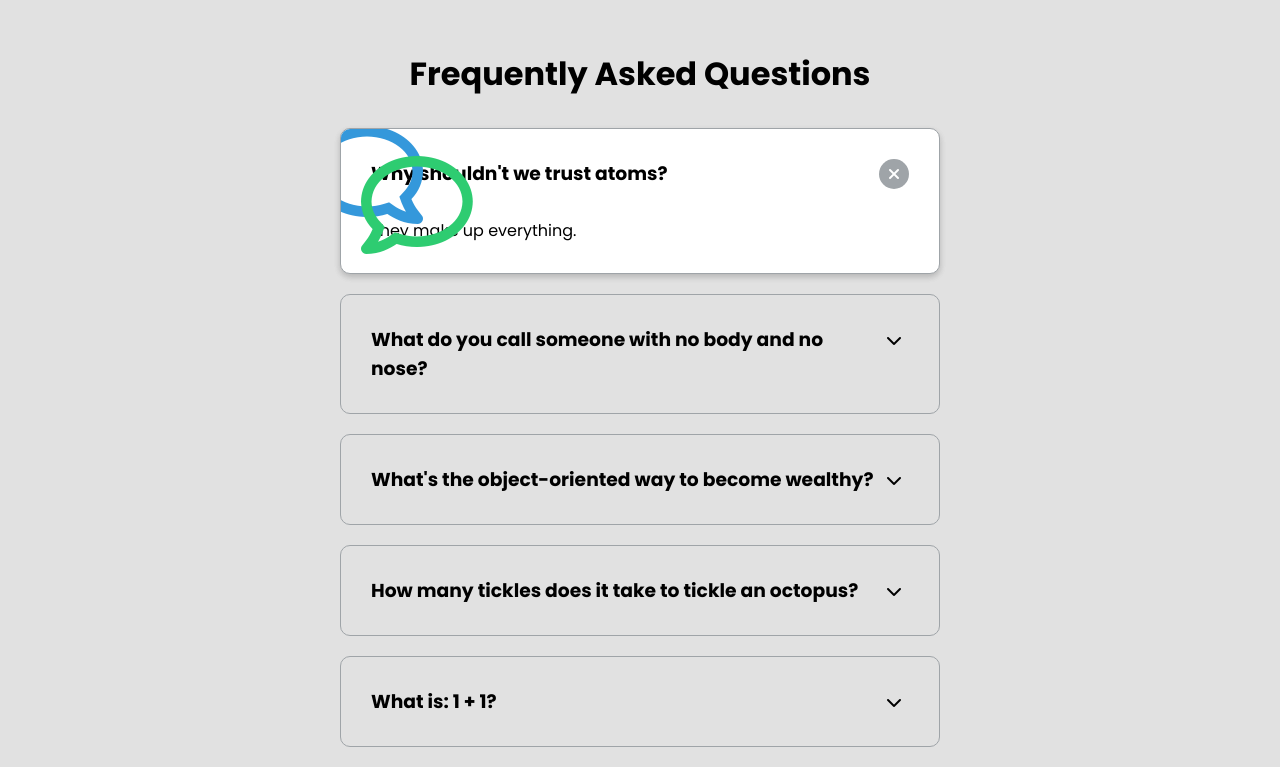
Repository: huynhvanngoan/50projectsin50days
Page: Day12/index.html
These files come from the project's save history. The page is drawn as it stood at one moment and after the next save; the edit follows.
The browser window is 1280 px wide. The pictures show the whole page.

Above is the page before, as saved 2022-11-14 23:27:19.

### Day12/index.html
<!DOCTYPE html>
<html lang="en">
<head>
    <meta charset="UTF-8">
    <meta http-equiv="X-UA-Compatible" content="IE=edge">
    <meta name="viewport" content="width=device-width, initial-scale=1.0">
    <title>Day 12 - FAQ Collapse</title>
    <link rel="stylesheet" href="https://cdnjs.cloudflare.com/ajax/libs/font-awesome/6.2.0/css/all.min.css"
        integrity="sha512-xh6O/CkQoPOWDdYTDqeRdPCVd1SpvCA9XXcUnZS2FmJNp1coAFzvtCN9BmamE+4aHK8yyUHUSCcJHgXloTyT2A=="
        crossorigin="anonymous" referrerpolicy="no-referrer" />
    <link rel="stylesheet" href="style.css">
</head>
<body>
    <h1>Frequently Asked Questions</h1>
    <div class="faq-container">
        <div class="faq active">
            <h3 class="faq-title">
                Why shouldn't we trust atoms?
            </h3>
            <p class="faq-text">
                They make up everything.
            </p>
            <button class = "faq-toggle">
                <i class="fas fa-chevron-down"></i>
                <i class="fas fa-times"></i>
            </button>
        </div>
        <div class="faq ">
            <h3 class="faq-title">
                What do you call someone with no body and no nose?
            </h3>
            <p class="faq-text">
                Nobody knows.
            </p>
            <button class = "faq-toggle">
                <i class="fas fa-chevron-down"></i>
                <i class="fas fa-times"></i>
            </button>
        </div>
        <div class="faq ">
            <h3 class="faq-title">
                What's the object-oriented way to become wealthy?
            </h3>
            <p class="faq-text">
                Inheritance.
            </p>
            <button class = "faq-toggle">
                <i class="fas fa-chevron-down"></i>
                <i class="fas fa-times"></i>
            </button>
        </div>
        <div class="faq ">
            <h3 class="faq-title">
                How many tickles does it take to tickle an octopus?
            </h3>
            <p class="faq-text">
                Ten-tickles!
            </p>
            <button class = "faq-toggle">
                <i class="fas fa-chevron-down"></i>
                <i class="fas fa-times"></i>
            </button>
        </div>
        <div class="faq ">
            <h3 class="faq-title">
                What is: 1 + 1?
            </h3>
            <p class="faq-text">
                Depends on who are you asking.
            </p>
            <button class = "faq-toggle">
                <i class="fas fa-chevron-down"></i>
                <i class="fas fa-times"></i>
            </button>
        </div>
    </div>
    <script src="script.js"></script>
</body>
</html>

### Day12/style.css
@import url('https://fonts.googleapis.com/css2?family=Poppins:wght@300;400;500;600;700&display=swap');
* {
    box-sizing: border-box;
}

body {
    font-family: 'Poppins', sans-serif;
    background-color: #e1e1e1;
}

h1{
    margin: 50px 0 30px;
    text-align: center;
}
.faq-container {
    max-width: 600px;
    margin: 0 auto;
}
.faq {
    background-color: transparent;
    border: 1px solid #9fa4a8;
    border-radius: 10px;
    margin: 20px 0;
    padding: 30px;
    position: relative;
    overflow: hidden;
    transition: 0.3s ease;
}
.faq.active {
    background-color: #fff;
    box-shadow: 0 3px 6px rgba(0, 0, 0, 0.1), 0 3px 6px rgba(0, 0, 0, 0.1);
}

.faq.active::before,
.faq.active::after {
    content: '\f075';
    font-family: 'Font Awesome 6 Free';
    color: #2ecc71;
    font-size: 7rem;
    position: absolute;
    opacity: 0.;
    top: 20px;
    left: 20px;
    z-index: 0;
}
.faq.active::before{
    color: #3498db;
    top: -10px;
    left: -30px;
    transform: rotateY(180deg);
}
.faq-title {
    margin: 0 35px 0 0;
}
.faq-text {
    display: none;
    margin: 30px 0 0;
}
.faq.active .faq-text{
    display: block;
}
.faq-toggle {
    background-color: transparent;
    border: 0;
    border-radius: 50%;
    cursor: pointer;
    display: flex;
    align-items: center;
    justify-content: center;
    font-size: 16px;
    padding: 0;
    position: absolute;
    top: 30px;
    right: 30px;
    height: 30px;
    width: 30px;
}
.faq-togle:focus{
    outline: 0;
}
.faq-toggle .fa-times{
    display: none;
}
.faq.active .faq-toggle .fa-times{
    color: #fff;
    display: block;
}
.faq.active .faq-toggle .fa-chevron-down{
    display: none;
}

.faq.active .faq-toggle {
    background-color: #9fa4a8;
}

### Day12/script.js
const toggles = document.querySelectorAll('.faq-toggle');

toggles.forEach(toggle => {
    toggle.addEventListener('click', () => {
        toggle.parentNode.classList.toggle('active');
    })
})

After the next save:
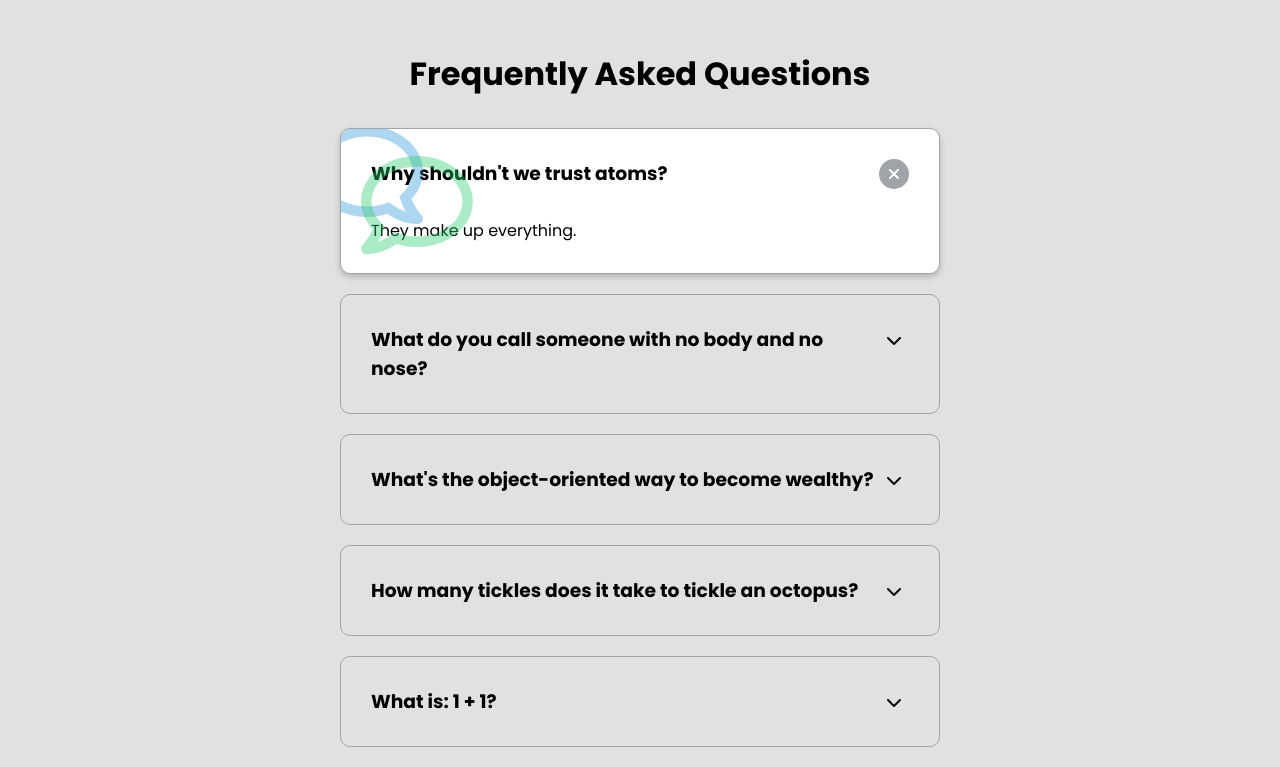
Saved 18 s later.
--- a/Day12/style.css
+++ b/Day12/style.css
@@ -38,7 +38,7 @@ h1{
     color: #2ecc71;
     font-size: 7rem;
     position: absolute;
-    opacity: 0.;
+    opacity: 0.4;
     top: 20px;
     left: 20px;
     z-index: 0;
